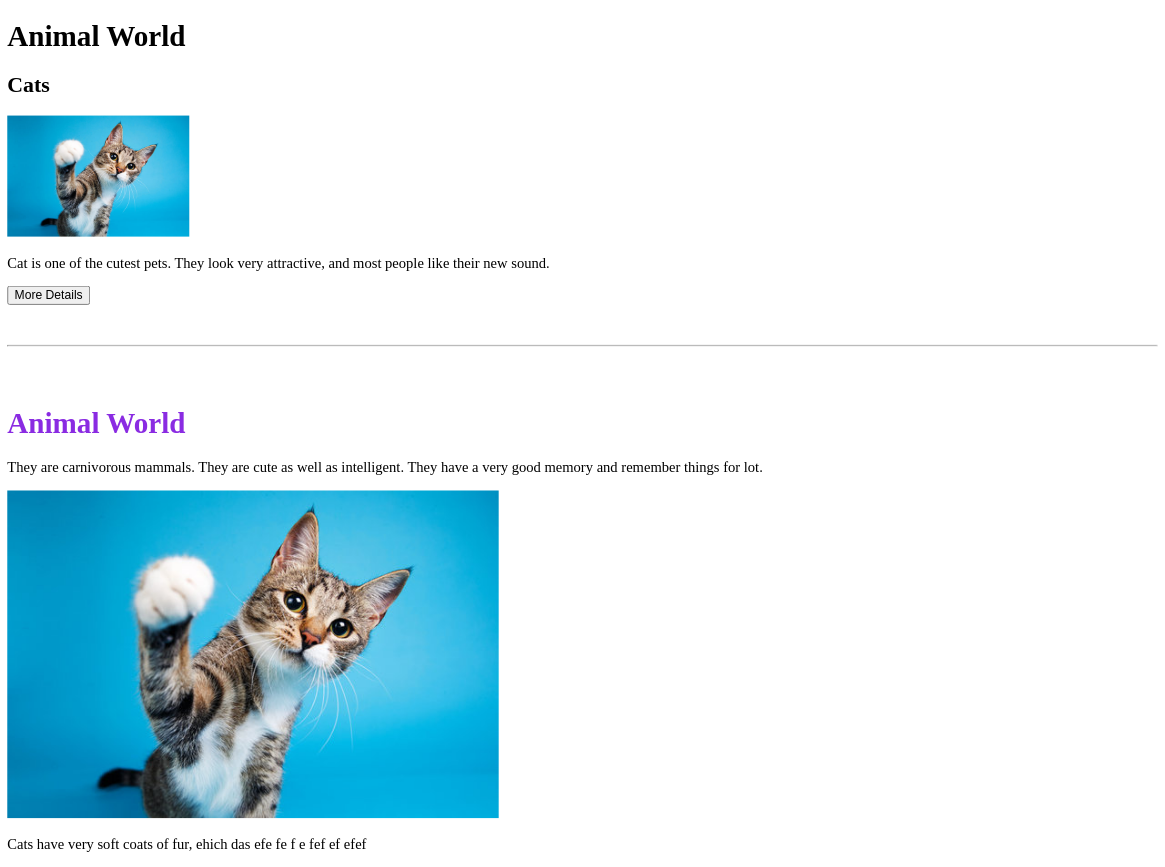
Repository: DhananjayaLakshan/Uom-Web_Design_For_Beginners
Page: Ajax/index.html
These files come from the project's save history. The page is drawn as it stood at one moment and after the next save; the edit follows.
The browser window is 1280 px wide. The pictures show the whole page, at 91% of full size.

Above is the page before, as saved 2023-12-02 23:07:52.

### Ajax/index.html
<!DOCTYPE html>
<html lang="en">
<head>
    <meta charset="UTF-8">
    <meta name="viewport" content="width=device-width, initial-scale=1.0">
    <title>Ajax</title>
    <script src="https://code.jquery.com/jquery-3.7.1.min.js"></script>
</head>
<body>

    <h1>Animal World</h1>
    <p><h2>Cats</h2></p>
    <img src="cat.jpg" alt="cat" style="width: 200px;">
    <div>
        <p>Cat is one of the cutest pets. They look very attractive, and most people like their new sound.</p>
    </div>

    <button id="button1">More Details</button>

    <div id="div1"> </div>

    <script>
        $(document).ready(function(){
            $('#button1').click(function(){
                $.ajax('moreinfo.html', {
                    success:function(result){
                        $('#div1').append(result);
                        $('#button1').hide();
                    }
                });
            });
        });
    </script>

    <br><br>
    <hr>
    <br><br>

    <h1 style="color: blueviolet;">Animal World</h1>
    <div id="div2"></div>

    <script>
        $(document).ready(function(){
            $('#div2').load('moreinfo.html');
        });
    </script>


</body>
</html>

### Ajax/moreinfo.html
<!DOCTYPE html>
<html lang="en">
<head>
    <meta charset="UTF-8">
    <meta name="viewport" content="width=device-width, initial-scale=1.0">
    <title>Document</title>
    <script src="jquery-3.7.1.min.js"></script>
</head>
<body>

    <div><p>They are carnivorous mammals. They are cute as well as intelligent. They have a very good memory and remember things for lot.</p></div>
    <img src="cat.jpg" alt="">
    <div><p>Cats have very soft coats of fur, ehich das efe fe f e fef ef efef </p></div>
</body>
</html>

Loaded but not shown: Ajax/jquery-3.7.1.min.js (library)

After the next save:
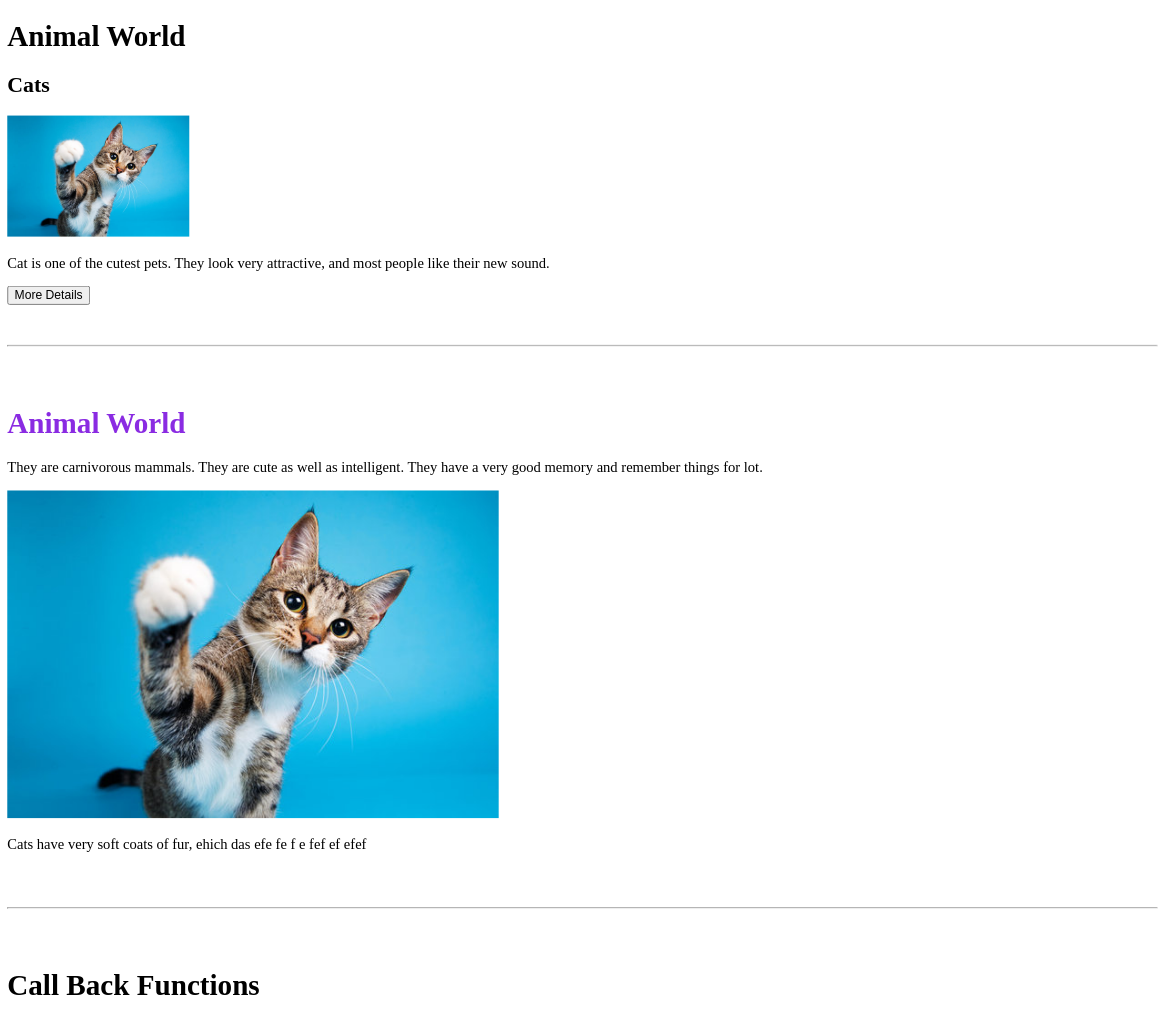
Saved 49 s later.
--- a/Ajax/index.html
+++ b/Ajax/index.html
@@ -45,6 +45,12 @@
         });
     </script>
 
+<br><br>
+<hr>
+<br><br>
+
+<h1>Call Back Functions</h1>
+
 
 </body>
 </html>
